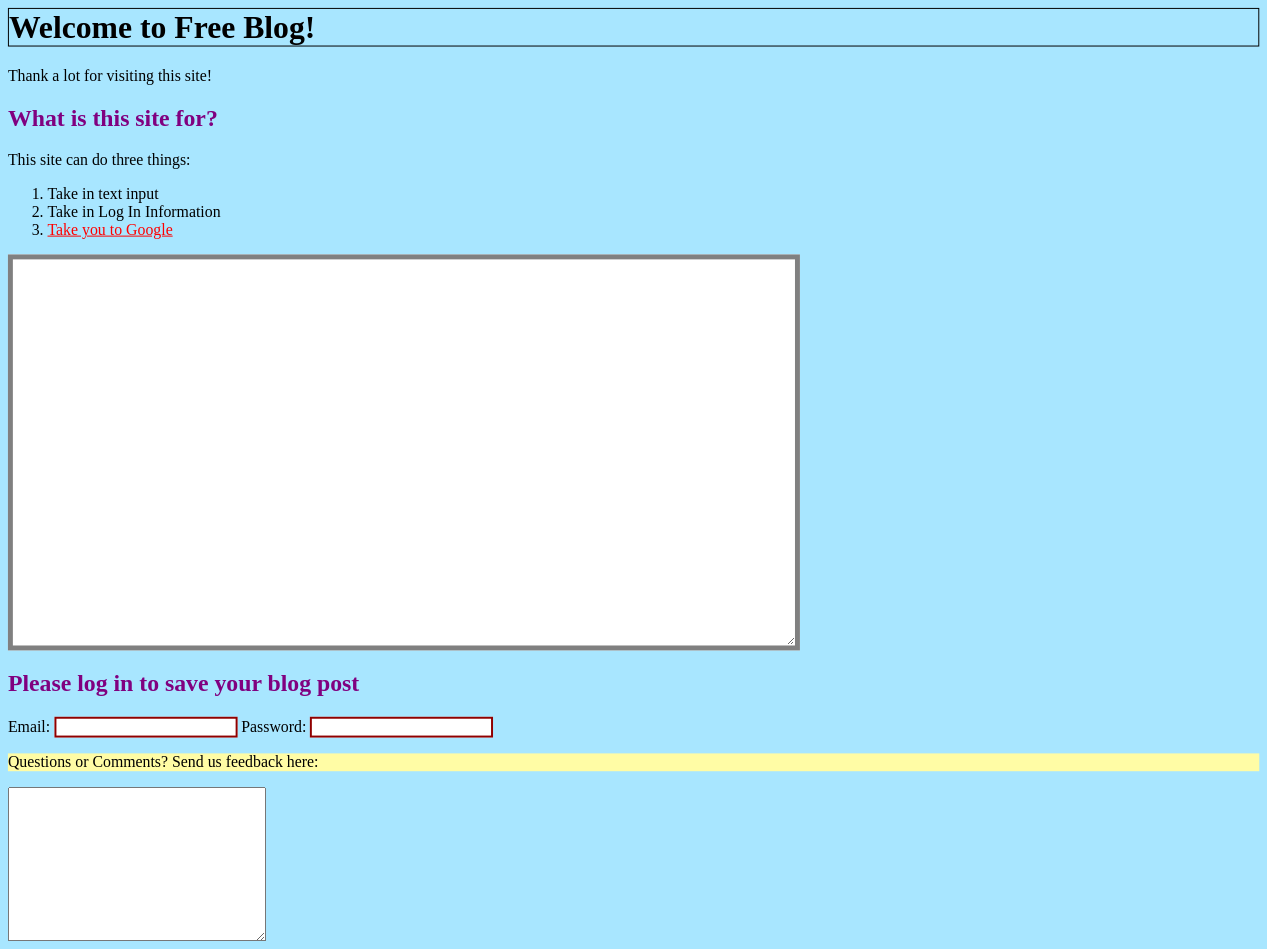
Repository: MonwarAdeeb/Bista_Solutions
Page: HTML & CSS/CSS/Level One/05. Assessment.html
These files come from the project's save history. The page is drawn as it stood at one moment and after the next save; the edit follows.
The browser window is 1280 px wide. The pictures show the whole page, at 99% of full size.

Above is the page before, as saved 2021-05-19 21:50:08.

After the next save:
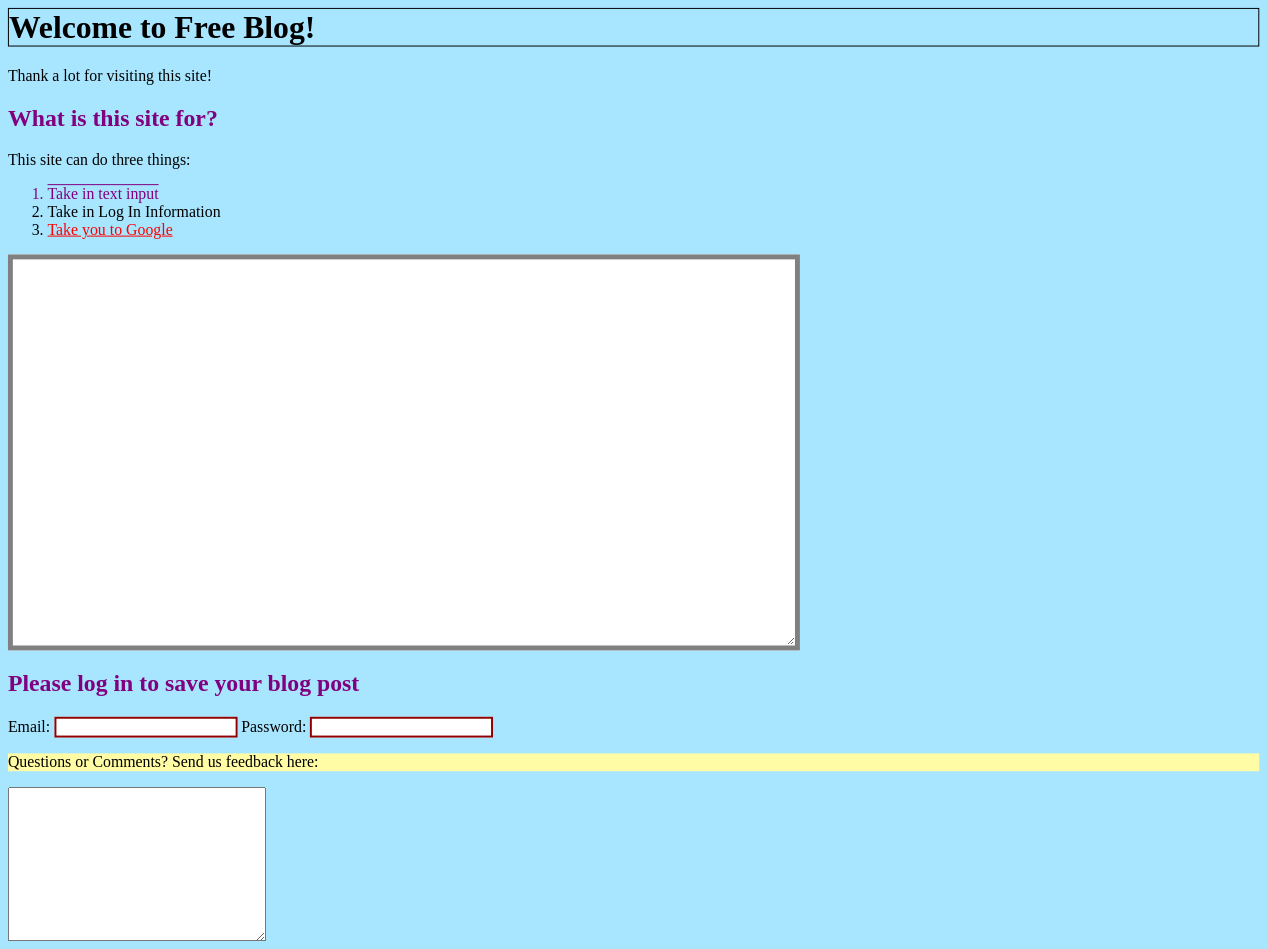
Saved 10 s later.
--- a/HTML & CSS/CSS/Level One/05. Assessment.html
+++ b/HTML & CSS/CSS/Level One/05. Assessment.html
@@ -16,7 +16,7 @@
     <p>This site can do three things:</p>
 
     <ol class="list">
-        <li id="itemonne">Take in text input</li>
+        <li id="itemone">Take in text input</li>
         <li>Take in Log In Information</li>
         <li><a href="www.google.com">Take you to Google</a></li>
     </ol>
